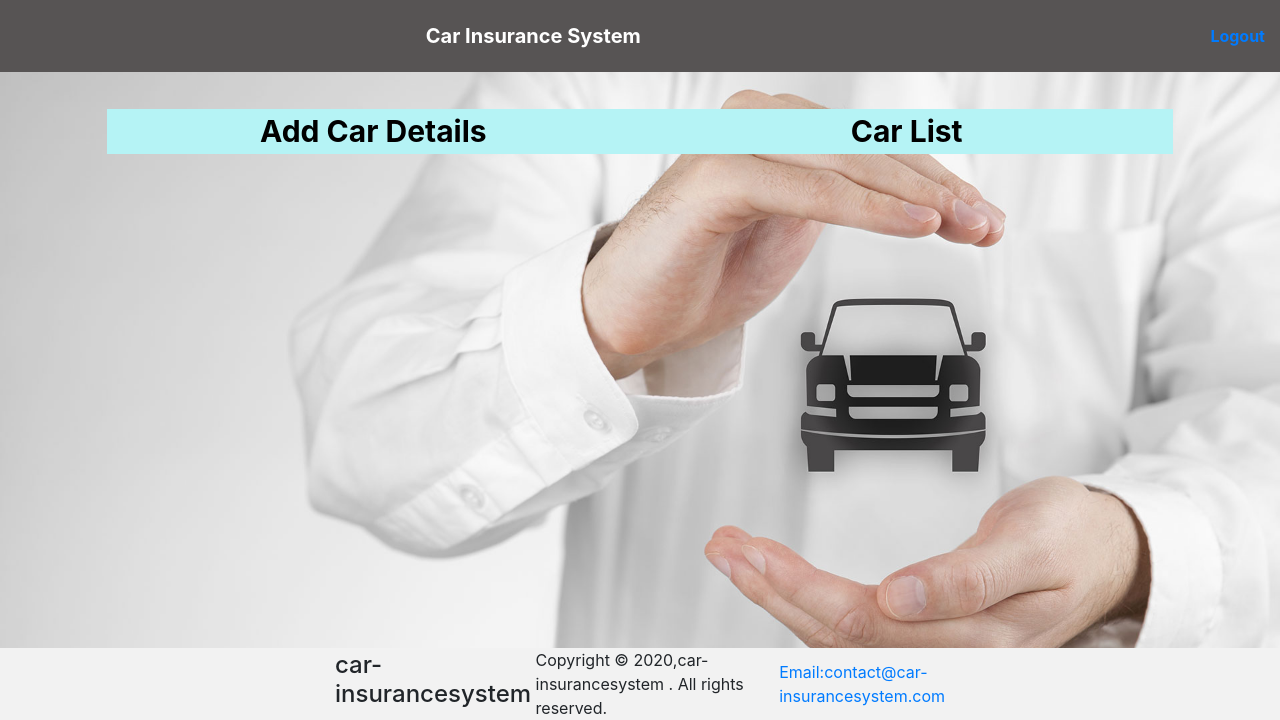
Repository: pdway/Adv-JAVA
Page: http://localhost/Car_insurance_system/carpage.jsp
An editor plug-in stored every save of this project. The page is shown before and after the next save, followed by the edit.
The browser window is 1280 px wide. The pictures show the whole page.
The page is served by Tomcat 9. Other server files are loaded and not shown.

Above is the page before, as saved 2020-11-05 14:13:12.

### carinsys/Car_insurance_system/WebContent/carpage.jsp
<%@page import="com.cdac.dto.Car"%>
<%@page import="java.util.List"%>

<%@ page language="java" contentType="text/html; charset=ISO-8859-1"
    pageEncoding="ISO-8859-1"%>
<!DOCTYPE html>
<html>
<head>
<meta charset="ISO-8859-1">
 <meta name="viewport" content="width=device-width, initial-scale=1.0">
    <title>Userpage</title>
    <!-- CSS only -->
    <link rel="stylesheet" href="https://stackpath.bootstrapcdn.com/bootstrap/4.5.2/css/bootstrap.min.css"
        integrity="sha384-JcKb8q3iqJ61gNV9KGb8thSsNjpSL0n8PARn9HuZOnIxN0hoP+VmmDGMN5t9UJ0Z" crossorigin="anonymous">

<title>Insert title here</title>
</head>
<style>
    .img {
        background: url("img12.jpg");
        background-repeat: no-repeat;
        background-size: cover;
        background-position: center;
    }

    #image {
        height: 57px;
        width: 60px;
        margin-top: 1px;




    }

    td {
        padding-bottom: 15px;





    }
</style>

<body>

<div class="container-fluid">
        <div class="row" style="height: 100vh;">
            <div class="col">
                <div class="row"
                    style="height:10vh;color: white;text-align:center;font-weight:bold;background: rgb(87, 84, 84);">

                    <div class="col-10 d-flex justify-content-center align-items-center"
                        style="color: white;text-align:center;font-weight:bold;font-size:20px">
                        Car Insurance System

                    </div>
                     <div class="col-2 d-flex justify-content-end align-items-center">

                          <a href="logout.htm" >Logout</a>

                    </div>

                </div>
                <div class="row img" style="height: 80vh; ">
                    <div class="col-md-1 col-0">
                    </div>
                    <div class="col-md-10 ">
                        <div class="row" style="height: 12%;">

                        </div>
                        <div class="row">

                           <div class="col-md-6 d-flex justify-content-center align-items-center "
                                style="background:rgb(181, 243, 245) ;font-size:30px;font-weight: bold;">
                                <a style="color: black" href="prep_add_car_form1.htm">Add Car Details</a>

                            </div>

                            <div class="col-md-6 d-flex justify-content-center align-items-center "
                                style="background:rgb(181, 243, 245) ;font-size:30px;font-weight: bold;">
                                <a style="color: black" href="car_list.htm" >Car List</a>

                            </div>



                        </div>
                    </div>

                    <div class="col-3">

                    </div>


                </div>
                <footer class="row" style="height:10vh;background-color:rgb(242,242,242)">

                    <div class="col-3"></div>
                    <div class="col-12 col-md-6" style="justify-content: center;display: flex;align-items: center">
                        <h4>car-insurancesystem</h4>&nbsp;
                        <div> Copyright © 2020,car-insurancesystem . All rights reserved.</div>&nbsp;


                        <a href="https://www.carinsurancesystem.com//">Email:contact@car-insurancesystem.com </a>

                    </div>
                    <div class="col-3"></div>

                </footer>





            </div>


        </div>

    </div>

</body>

<!--
<table align="center" >


		<tr>
			<td> <a href="prep_add_car_form1.htm" >Add Car Details</a> </td>
		</tr>
		<tr>
			<td> <a href="car_list.htm" >Car List</a> </td>
		</tr>



	</table>
 -->

</html>

After the next save:
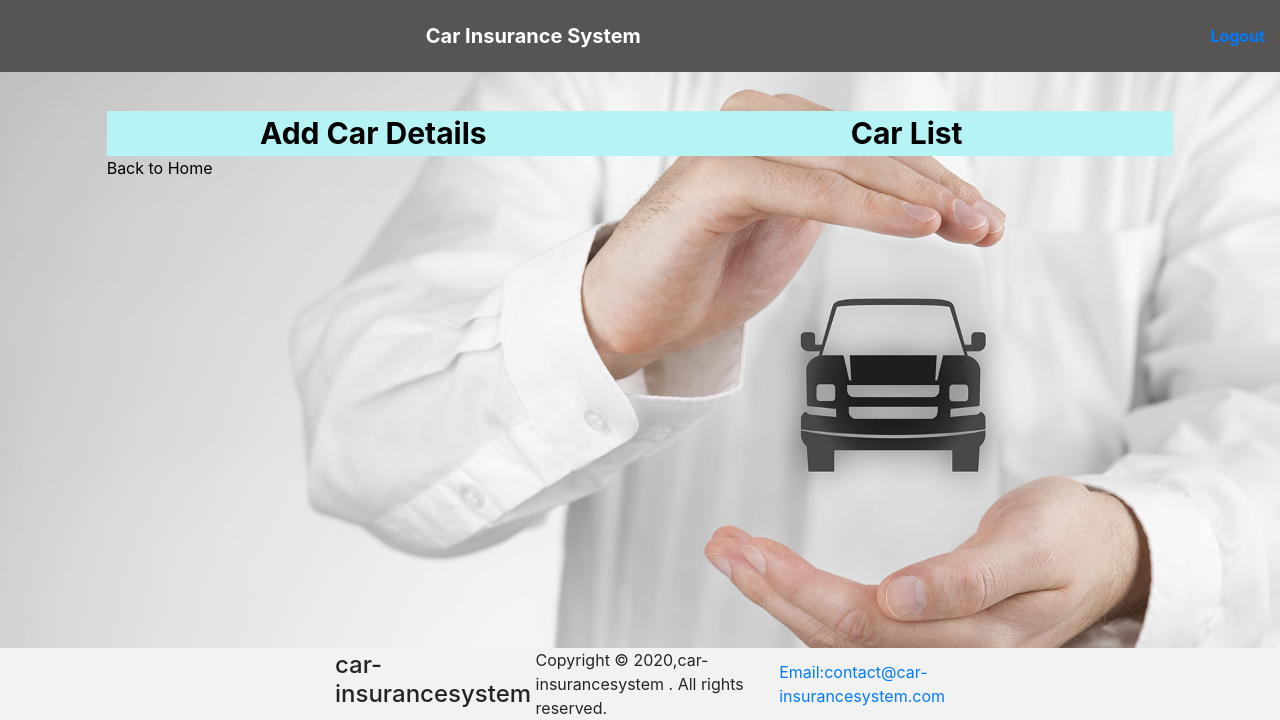
Saved 65 s later.
--- a/carinsys/Car_insurance_system/WebContent/carpage.jsp
+++ b/carinsys/Car_insurance_system/WebContent/carpage.jsp
@@ -84,7 +84,7 @@
 
                             </div>
 
-
+                           <a style="color: black" href="home.jsp">Back to Home</a>
 
                         </div>
                     </div>
